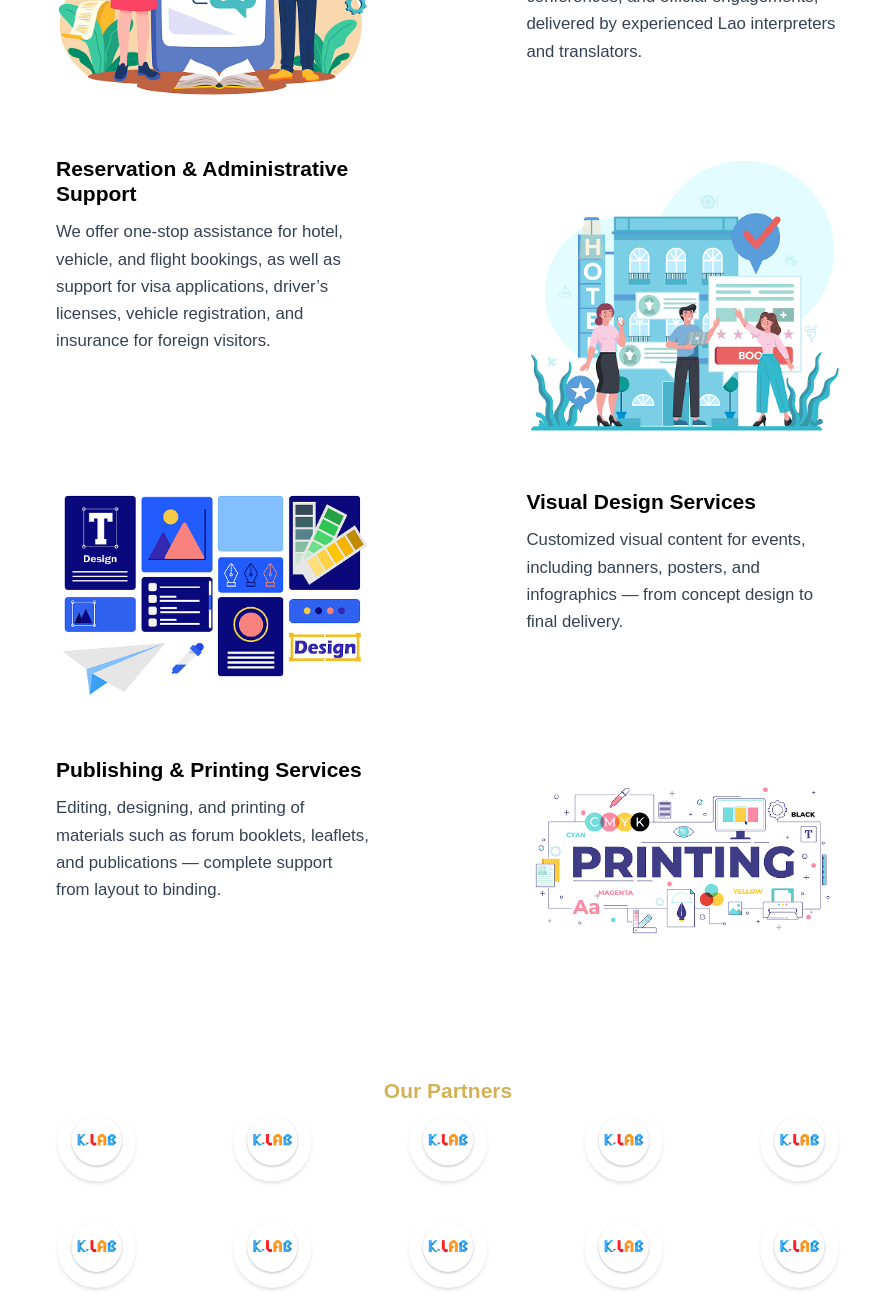
Repository: Phailin-teamplate/siri-service-web
Page: /
These files come from the project's save history. The page is drawn as it stood at one moment and after the next save; the edit follows.
The browser window is 1280 px wide. The pictures show the part of the page from y = 2187 to 4107 px (the page is 4067 px tall before and 4107 px after), at 70% of full size.
The project was rebuilt for these pictures with package versions that can differ from the ones it lists, and the page was loaded fresh each time. The framework's server and built-in components were replaced by stand-ins that run in the browser. Also part of the build but not shown: next.config.ts.

Above is the page before, as saved 2025-07-02 15:43:32.

### src/app/layout.tsx
"use client";

import React, { useState, useEffect } from "react";
import { ArrowUpIcon } from "@heroicons/react/24/solid"; // Importing the arrow icon
// import { Geist, Geist_Mono } from "next/font/google";
// import { Inter, Noto_Sans_Lao } from "next/font/google";
import "./globals.css";
import Navbar from "@/src/components/navbar";

// const inter = Inter({ subsets: ["latin"] });
// const notoSansLao = Noto_Sans_Lao({ subsets: ["lao"] });

// const geistSans = Geist({
//   variable: "--font-geist-sans",
//   subsets: ["latin"],
// });
// const geistMono = Geist_Mono({
//   variable: "--font-geist-mono",
//   subsets: ["latin"],
// });

export default function RootLayout({
  children,
}: Readonly<{
  children: React.ReactNode;
}>) {
  const [isVisible, setIsVisible] = useState(false);

  // Detect scroll position and show button when scrolling down
  const handleScroll = () => {
    if (window.scrollY > 300) {
      setIsVisible(true);
    } else {
      setIsVisible(false);
    }
  };

  useEffect(() => {
    window.addEventListener("scroll", handleScroll);
    return () => {
      window.removeEventListener("scroll", handleScroll);
    };
  }, []);

  const scrollToTop = () => {
    window.scrollTo({ top: 0, behavior: "smooth" });
  };

  return (
    <html lang="en">
      {/* <body
        className={`${geistSans.variable} ${geistMono.variable} ${inter.className}  ${notoSansLao.className} antialiased`}
      > */}
      <body className="bg-white">
        <Navbar />
        {children}
        {/* <Footer /> */}

        {/* Popup Button with Icon for Scrolling to Top */}
        {isVisible && (
          <button
            onClick={scrollToTop}
            className="fixed bottom-2 right-5 md:bottom-5 md:right-10 bg-blue-500 text-white p-2 md:p-4 rounded-full shadow-lg hover:bg-blue-600 focus:outline-none transition-transform transform hover:scale-110"
          >
            {/* Heroicon Arrow Up Icon */}
            <ArrowUpIcon className="h-5 w-5 md:h-6 md:w-6" />
          </button>
        )}
      </body>
    </html>
  );
}

### src/app/page.tsx
import React from "react";
import Homepage from "@/src/components/Homepage";
import About from "@/src/components/About";
import Service from "@/src/components/Service";
import Customer from "@/src/components/Customer";

export const metadata = {
  title: "About | TEAMPLATE",
  description:
    "Learn about TEAMPLATE — our story, mission, team, and values that drive our innovation.",
  keywords: ["teamplate", "about", "our story", "mission", "values", "team"],
  openGraph: {
    title: "About | TEAMPLATE",
    description:
      "Discover TEAMPLATE's story, mission, and the people behind our success.",
    url: "https://yourdomain.com/about",
    siteName: "TEAMPLATE",
    images: [
      {
        url: "https://yourdomain.com/images/about-og.jpg", // ✅ Replace with actual path
        width: 1200,
        height: 630,
        alt: "About TEAMPLATE",
      },
    ],
    locale: "en_US",
    type: "website",
  },
};

export default function Home() {
  return (
    <section className="w-full" id="about">
      <Homepage/>
      <About/>
      <Service/>
      <Customer/>
    </section>
  );
}

### src/components/navbar.tsx
import { useState, useCallback, useEffect } from "react";
import Image from "next/image";
import { Menu, X } from "lucide-react";
import Logo from "@/public/logo/Siri Service.png";

export default function Navbar() {
  const [isOpen, setIsOpen] = useState(false);

  // Function for smooth scrolling
  const handleSmoothScroll = useCallback((targetId: string) => {
    setIsOpen(false); // Close the sidebar

    if (targetId === "/") {
      window.scrollTo({ top: 0, behavior: "smooth" });
    } else {
      const targetElement = document.querySelector(targetId);
      if (targetElement) {
        targetElement.scrollIntoView({ behavior: "smooth" });
      }
    }
  }, []);

  const [isScrolled, setIsScrolled] = useState(false);

  // Detect scroll to change navbar background
  useEffect(() => {
    const handleScroll = () => {
      const scrollTop = window.scrollY;
      setIsScrolled(scrollTop > 10); // Trigger when scrolled 10px
    };

    window.addEventListener("scroll", handleScroll);

    return () => window.removeEventListener("scroll", handleScroll);
  }, []);

  return (
    <div className="w-full sticky top-0 z-50 bg-white shadow-md">
      <nav className="flex items-center justify-between px-6 py-3">
        {/* Logo */}
        <button
          onClick={() => handleSmoothScroll("/")}
          className="p-0 border-none bg-transparent active:opacity-80"
        >
          <Image
            className="w-20 sm:w-20 md:w-30 lg:w-30 xl:w-30 2xl:w-30 h-auto"
            src={Logo}
            alt="Appstore"
            priority
          />
        </button>

        {/* Desktop Links */}
        <div className="hidden md:flex gap-6">
          <button
            onClick={() => handleSmoothScroll("#about")}
            className="hover:text-blue-600 hover:underline transition-colors text-black duration-200 cursor-pointer"
          >
            About
          </button>
          <button
            onClick={() => handleSmoothScroll("#services")}
            className="hover:text-blue-600 hover:underline transition-colors text-black duration-200 cursor-pointer"
          >
            Services
          </button>
          <button
            onClick={() => handleSmoothScroll("#contact")}
            className="hover:text-blue-600 hover:underline transition-colors text-black duration-200 cursor-pointer"
          >
            Contact
          </button>
        </div>

        {/* Mobile Menu Button */}
        <button
          className="md:hidden focus:outline-none"
          onClick={() => setIsOpen(!isOpen)}
          aria-label="Toggle Menu"
        >
          {isOpen ? <X size={28} /> : <Menu size={28} />}
        </button>
      </nav>

      {/* Overlay (Closes menu when clicked) */}
      {isOpen && (
        <div
          className="fixed inset-0 z-40"
          onClick={() => setIsOpen(false)}
        ></div>
      )}

      {/* Mobile Sidebar */}
      <div
        className={`fixed top-0 right-0 h-full w-64 bg-white shadow-2xl p-6 flex flex-col transition-transform ${
          isOpen ? "translate-x-0" : "translate-x-full"
        } duration-300 ease-in-out z-50`}
      >
        {/* Sidebar Header */}
        <div className="flex justify-between items-center pb-4 mt-1">
          <h3 className="text-black text-2xl font-semibold">Menu</h3>
          <button
            className="text-black text-3xl font-bold focus:outline-none"
            onClick={() => setIsOpen(false)}
            aria-label="Close Menu"
          >
            <X size={28} />
          </button>
        </div>

        {/* Sidebar Links */}
        <div className="flex flex-col items-start gap-4 pb-4">
          <button
            onClick={() => handleSmoothScroll("#about")}
            className="hover:text-blue-600 hover:underline transition-colors duration-200 cursor-pointer"
          >
            About
          </button>
          <button
            onClick={() => handleSmoothScroll("#services")}
            className="hover:text-blue-600 hover:underline transition-colors duration-200 cursor-pointer"
          >
            Services
          </button>
          <button
            onClick={() => handleSmoothScroll("#contact")}
            className="hover:text-blue-600 hover:underline transition-colors duration-200 cursor-pointer"
          >
            Contact
          </button>
        </div>
      </div>
    </div>
  );
}

### src/components/Homepage.tsx
import Image from "next/image";
import BgSiri from "@/public/bg-siri.png";
import type { Metadata } from "next";

export const metadata: Metadata = {
  title: "SiriService | About Us",
  description: "We are a Laos-based IT startup aiming for the global market.",
};

export default function Homepage() {
  return (
    <div className="flex flex-col ">
      <div className="flex justify-center">
        <div className="relative w-full h-[400px] xs:h-[600px] sm:h-[650px] md:h-[700px] lg:h-[700px]">
          {/* Background Image */}
          <Image src={BgSiri} alt="StartUp" fill className="object-cover" />

          {/* Gradient Overlay */}
          <div className="absolute inset-0 bg-black/60 z-10" />

          {/* Centered Content */}
          <div className="absolute inset-0 z-20 flex flex-col items-center justify-center text-center px-4">
            <div className="mb-4 sm:mb-4">
              <p className="text-white text-sm xs:text-base sm:text-xl md:text-3xl font-medium">
                Total Business Support Service in Laos
              </p>
            </div>
            <h1 className="text-white text-4xl xs:text-5xl sm:text-6xl md:text-7xl lg:text-8xl font-bold">
              SIRI SERVICE
            </h1>
          </div>
        </div>
      </div>


    </div>
  );
}

### src/components/About.tsx
"use client";

import Image from "next/image";
import AboutSV from "@/public/About.png";
import type { Metadata } from "next";

export const metadata: Metadata = {
  title: "Teamplate",
  description: "We are a Laos-based IT startup aiming for the global market.",
};

export default function About() {
  return (
    <div className="w-full bg-white px-6 md:px-12 py-10" id="about">
      {/* Section Title */}
      <div className="text-center flex justify-center md:text-left mb-10">
        <h2 className="text-2xl md:text-3xl font-extrabold text-[#D3B156]">
          About Us
        </h2>
      </div>

      {/* Content: Image + Text */}
      <div className="flex flex-col md:flex-row items-start justify-center gap-12 md:gap-20">
  {/* Image */}
  <div className="w-full max-w-[660px] ">
    <Image
      src={AboutSV}
      alt="About"
    width={500}
            height={300}
      className="object-cover w-full h-auto rounded-xl"
      priority
    />
  </div>

  {/* Text */}
  <div className="w-full max-w-[720px] text-center md:text-left">
    <p className="text-3xl font-medium leading-relaxed text-gray-800">
      Siri Service is a versatile company based in Laos, offering a wide range of
      services including event planning and management, interpretation and
      translation, visual design and publishing, as well as printing. We specialize
      in supporting foreign companies conducting various activities in Laos by
      providing localized, professional assistance across these areas.
    </p>
  </div>
</div>

    </div>
  );
}

### src/components/Service.tsx
"use client";

import Image from "next/image";
import type { Metadata } from "next";
import Service1 from "@/public/service/service1.png";
import Service2 from "@/public/service/service2.png";
import Service3 from "@/public/service/service3.png";
import Service4 from "@/public/service/service4.png";
import Service5 from "@/public/service/service5.png";

export const metadata: Metadata = {
  title: "Teamplate",
  description: "We are a Laos-based IT startup aiming for the global market.",
};

export default function Service() {
  return (
    <div className="w-full bg-white px-6 md:px-12 py-20" id="service">
      {/* Section Title */}
      <div className="text-center flex justify-center md:text-left mb-10">
        <h2 className="text-2xl md:text-3xl font-extrabold text-[#D3B156]">
          Our Services
        </h2>
      </div>
<div className="w-full max-w-screen-xl mx-auto px-4 md:px-8 py-10 space-y-20">
  {/* Service 1 */}
  <div className="flex flex-col md:flex-row items-start justify-between gap-6 md:gap-5">
    {/* Text */}
    <div className="w-full md:w-1/2 max-w-md text-center md:text-left">
      <h1 className="text-black text-3xl md:text-3xl font-semibold mb-4">
        Event Planning & Management
      </h1>
      <p className="text-gray-700 text-2xl md:text-2xl font-normal leading-relaxed">
        We provide end-to-end planning and<br />
        on-site management for government,<br />
        corporate, and institutional events<br />
        including forums, exhibitions, and<br />
        conferences.
      </p>
    </div>

    {/* Image */}
    <div className="w-full md:w-1/2 max-w-md">
      <Image
        src={Service1}
        alt="Service1"
        width={500}
        height={340}
        className="object-cover w-full h-auto rounded-xl"
        priority
      />
    </div>
  </div>

  {/* Service 2 */}
  <div className="flex flex-col md:flex-row items-start justify-between gap-6 md:gap-5">
    {/* Image */}
    <div className="w-full md:w-1/2 max-w-md">
      <Image
        src={Service2}
        alt="Service2"
        width={500}
        height={340}
        className="object-cover w-full h-auto rounded-xl"
        priority
      />
    </div>

    {/* Text */}
    <div className="w-full md:w-1/2 max-w-md text-center md:text-left">
      <h1 className="text-black text-3xl md:text-3xl font-semibold mb-4">
        Interpretation & Translation (Korean–Lao / English–Lao)
      </h1>
      <p className="text-gray-700 text-2xl md:text-2xl font-normal leading-relaxed">
        Professional interpretation and document<br />
        translation services for meetings,<br />
        conferences, and official engagements,<br />
        delivered by experienced Lao interpreters<br />
        and translators.
      </p>
    </div>
  </div>
   {/* Service 3 */}
  <div className="flex flex-col md:flex-row items-start justify-between gap-6 md:gap-5">
    {/* Text */}
    <div className="w-full md:w-1/2 max-w-md text-center md:text-left">
      <h1 className="text-black text-3xl md:text-3xl font-semibold mb-4">
        Reservation & Administrative Support
      </h1>
      <p className="text-gray-700 text-2xl md:text-2xl font-normal leading-relaxed">
        We offer one-stop assistance for hotel,<br />
        vehicle, and flight bookings, as well as<br />
        support for visa applications, driver’s<br />
        licenses, vehicle registration, and<br />
        insurance for foreign visitors.
      </p>
    </div>

    {/* Image */}
    <div className="w-full md:w-1/2 max-w-md">
      <Image
        src={Service3}
        alt="Service3"
        width={500}
        height={340}
        className="object-cover w-full h-auto rounded-xl"
        priority
      />
    </div>
  </div>
   {/* Service 4 */}
  <div className="flex flex-col md:flex-row items-start justify-between gap-6 md:gap-5">
    {/* Image */}
    <div className="w-full md:w-1/2 max-w-md">
      <Image
        src={Service4}
        alt="Service4"
        width={500}
        height={340}
        className="object-cover w-full h-auto rounded-xl"
        priority
      />
    </div>

    {/* Text */}
    <div className="w-full md:w-1/2 max-w-md text-center md:text-left">
      <h1 className="text-black text-3xl md:text-3xl font-semibold mb-4">
        Visual Design Services
      </h1>
      <p className="text-gray-700 text-2xl md:text-2xl font-normal leading-relaxed">
        Customized visual content for events,<br />
        including banners, posters, and<br />
        infographics — from concept design to<br />
        final delivery.
      </p>
    </div>
  </div>
  {/* Service 5 */}
  <div className="flex flex-col md:flex-row items-start justify-between gap-6 md:gap-5">
    {/* Text */}
    <div className="w-full md:w-1/2 max-w-md text-center md:text-left">
      <h1 className="text-black text-3xl md:text-3xl font-semibold mb-4">
        Publishing & Printing Services
      </h1>
      <p className="text-gray-700 text-2xl md:text-2xl font-normal leading-relaxed">
        Editing, designing, and printing of<br />
        materials such as forum booklets, leaflets,<br />
        and publications — complete support<br />
        from layout to binding.
      </p>
    </div>

    {/* Image */}
    <div className="w-full md:w-1/2 max-w-md">
      <Image
        src={Service5}
        alt="Service5"
        width={500}
        height={340}
        className="object-cover w-full h-auto rounded-xl"
        priority
      />
    </div>
  </div>
</div>

    </div>
  );
}

### src/components/Customer.tsx
"use client";

import Image from "next/image";
import type { Metadata } from "next";
import KLab from "@/public/customer/logo-klab.png";

export const metadata: Metadata = {
  title: "Teamplate",
  description: "We are a Laos-based IT startup aiming for the global market.",
};

export default function Customer() {
  return (
     <div className="w-full max-w-screen-xl mx-auto px-4 md:px-8 py-10" id="customer">
        <h2 className="text-2xl md:text-3xl text-center  font-extrabold text-[#D3B156]">
    Our Partners
  </h2>

  <div className="grid grid-cols-2 md:grid-cols-5 gap-8 md:gap-10">
    {[KLab, KLab, KLab, KLab, KLab, KLab, KLab, KLab, KLab, KLab].map((logo, index) => (
      <div key={index} className="flex justify-center items-center">
        <div className="w-24 h-24 md:w-28 md:h-28 bg-white rounded-full shadow-md flex items-center justify-center overflow-hidden">
          <Image
            src={logo}
            alt={`Logo ${index + 1}`}
            width={80}
            height={80}
            className="object-contain"
          />
        </div>
      </div>
    ))}
  </div>
</div>

  );
}

Loaded but not shown: src/app/globals.css (common file)

After the next save:
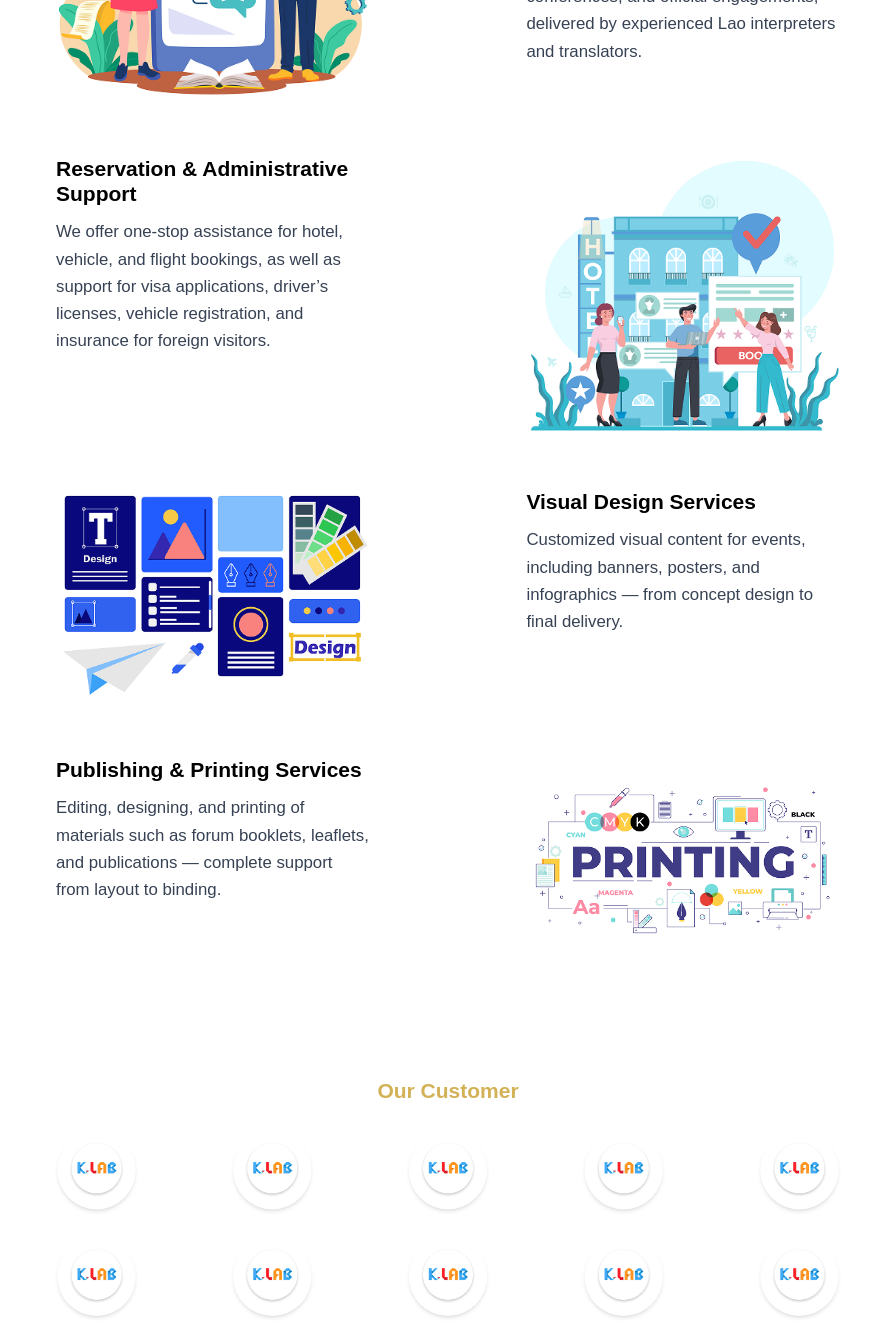
Saved 17 s later.
--- a/src/components/Customer.tsx
+++ b/src/components/Customer.tsx
@@ -12,9 +12,11 @@
 export default function Customer() {
   return (
      <div className="w-full max-w-screen-xl mx-auto px-4 md:px-8 py-10" id="customer">
-        <h2 className="text-2xl md:text-3xl text-center  font-extrabold text-[#D3B156]">
-    Our Partners
-  </h2>
+       <div className="text-center flex justify-center md:text-left mb-10">
+        <h2 className="text-2xl md:text-3xl font-extrabold text-[#D3B156]">
+          Our Customer
+        </h2>
+      </div>
 
   <div className="grid grid-cols-2 md:grid-cols-5 gap-8 md:gap-10">
     {[KLab, KLab, KLab, KLab, KLab, KLab, KLab, KLab, KLab, KLab].map((logo, index) => (
